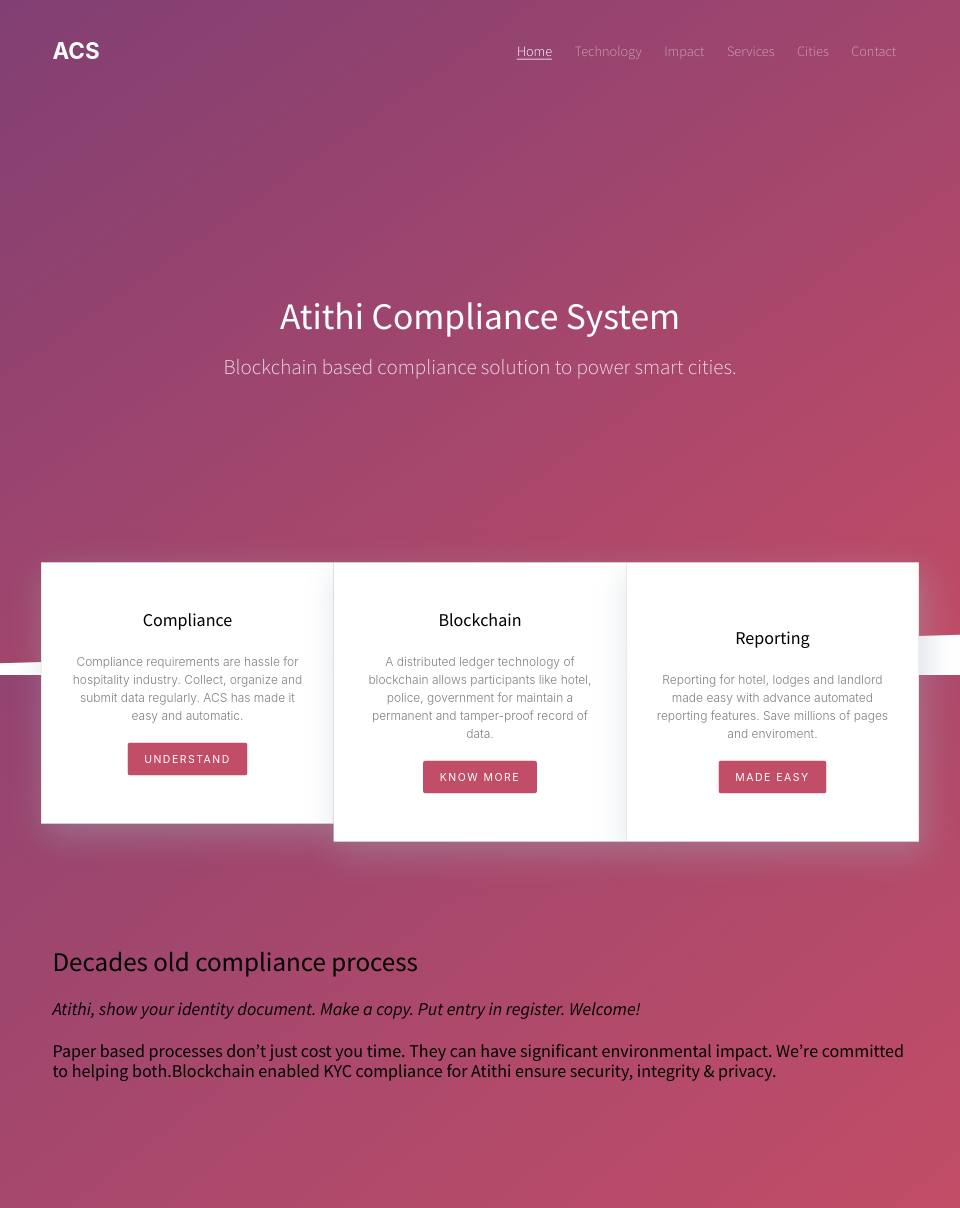
Repository: agarwalrahul-22/acs
Page: /
The author's editor kept a copy of each file at every save. The page is drawn from the files as they stood at one save, then again after a run of saves.
The browser window is 1280 px wide. The pictures show the whole page, at 75% of full size.
The project was rebuilt for these pictures with package versions that can differ from the ones it lists, and the page was loaded fresh each time.

Above is the page before, as saved 2022-10-09 15:54:27.

After the next 4 saves:
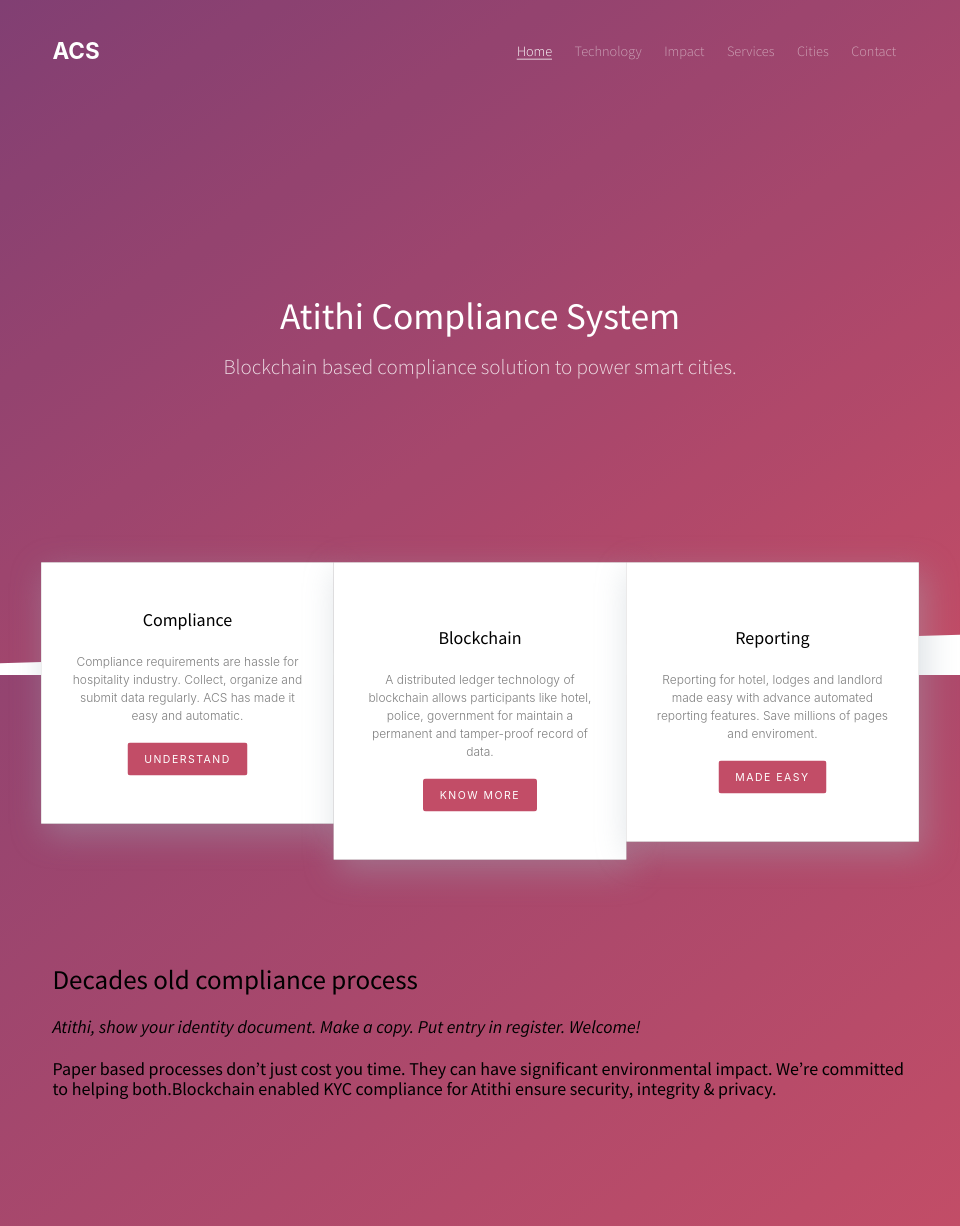
Not found: images/blockchain.svg
The 4 saves are shown as one change because 3 did not build or start.
The last was saved 74 s later.
--- a/src/components/LandingComponent.js
+++ b/src/components/LandingComponent.js
@@ -58,11 +58,11 @@ export default function LandingComponent() {
               <div className="overlay-darker"></div>
               <div className="overlay"></div>
               <div className="fh5co-text">
-                {/* <img
-                  src="images/blockchain.svg"
-                  style="width: 90px; height: 90px"
+                <img
+                  src="../images/blockchain.svg"
+                //   style="width: 90px; height: 90px"
                   alt=""
-                /> */}
+                />
                 <p></p>
                 <h2>Blockchain</h2>
                 <p>
